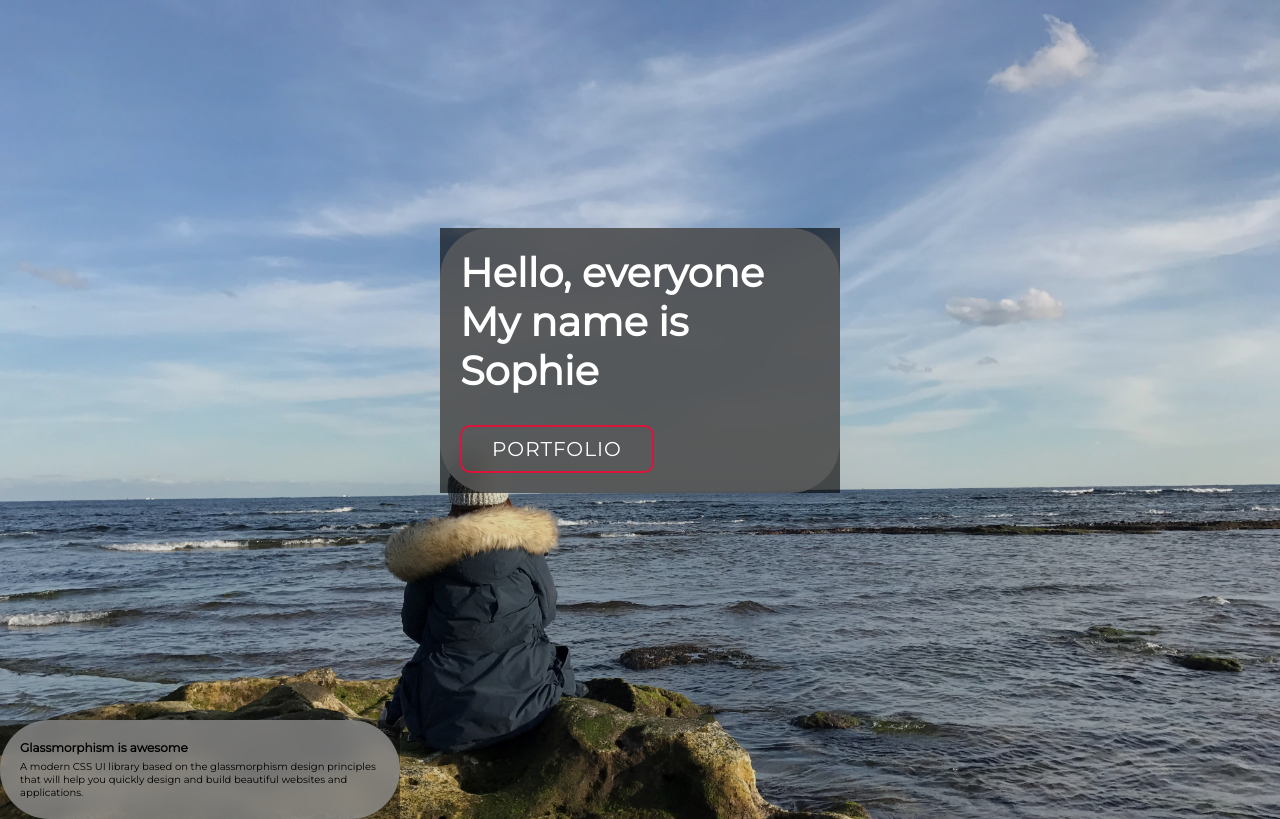
Repository: wenxi0504/StaticWebsite_Profolio
Page: index.html
These files come from the project's save history. The page is drawn as it stood at one moment and after the next save; the edit follows.
The browser window is 1280 px wide. The pictures show the whole page.

Above is the page before, as saved 2022-03-01 23:41:03.

### index.html
<!DOCTYPE html>
<html lang="en">
<head>
    <meta charset="UTF-8">
    <meta http-equiv="X-UA-Compatible" content="IE=edge">
    <meta name="viewport" content="width=device-width, initial-scale=1.0">
    <link rel="stylesheet" href="style.css">
    <title>Portfolio</title>
</head>
<body>

    <!-- Introduction section -->
    <section id="myIntro">
        <div class="myIntro container">
            <div class="card">
                <h1>
                    Hello, everyone <span></span>
                </h1>
                <h1>
                    My name is Sophie <span></span>
                </h1>
                <a href="#" type="button" class="cta">Portfolio</a>
            </div>
        </div>
        <div class="card">
            <h3 class="card-title">Glassmorphism is awesome</h3>
            <p>A modern CSS UI library based on the glassmorphism design principles that will help you quickly design and build beautiful websites and applications.</p>

        </div>

    </section>

</body>
</html>

### style.css
/* import custom font from GoogleFonts */
@import 'https://fonts.googleapis.com/css?family=Montserrat:300, 400, 700&display=swap';
*{
margin: 0px;
padding:0px;
box-sizing: border-box;
}

html{
    font-size: 10px;
    font-family: 'Montserrat', sans-serif;
}

a{
    text-decoration: none;
}

.container{
    min-height: 100vh;
    width: 100%;
    display: flex;
    align-items: center;
    justify-content:center;
}

/* myIntro section */
#myIntro{
background-image: url(./images/ProfolioBackground.jpg);
background-size: cover;
background-position: top center;
position: relative;
z-index:1;
}

/* background blurring */
#myIntro ::after{
    content: '';
    position: absolute;
    left: 0px;
    top:0px;
    height: 100%;
    width: 100%;
    background-color:black;
    opacity: 15%;
    z-index: -1;
}

.card {
    width: 400px;
    height: auto;
    padding: 2rem;
    background: rgba(255, 255, 255, .7);
    -webkit-backdrop-filter: blur(10px);
    backdrop-filter: blur(10px);
    border-radius: 50px;
  }



#myIntro h1{
    display: block;
    width: fit-content;
    font-size: 4rem;
    color: white;

}

#myIntro .cta{
    display: inline-block;
    padding: 10px 30px;
    color:white;
    background-color:transparent;
    border: 2px solid crimson;
    border-radius:10px;
    font-size: 2rem;
    text-transform: uppercase;
    letter-spacing: .1rem;
    margin-top: 30px;
    transition: .3s ease;
    transition-property: background-color;
}

#myIntro .cta:hover{
    background-color:crimson
}


  .card-title {
    margin-top: 0;
    margin-bottom: .5rem;
    font-size: 1.2rem;
  }

  p {
    font-size: 1rem;
  }



/* end myIntro section */

After the next save:
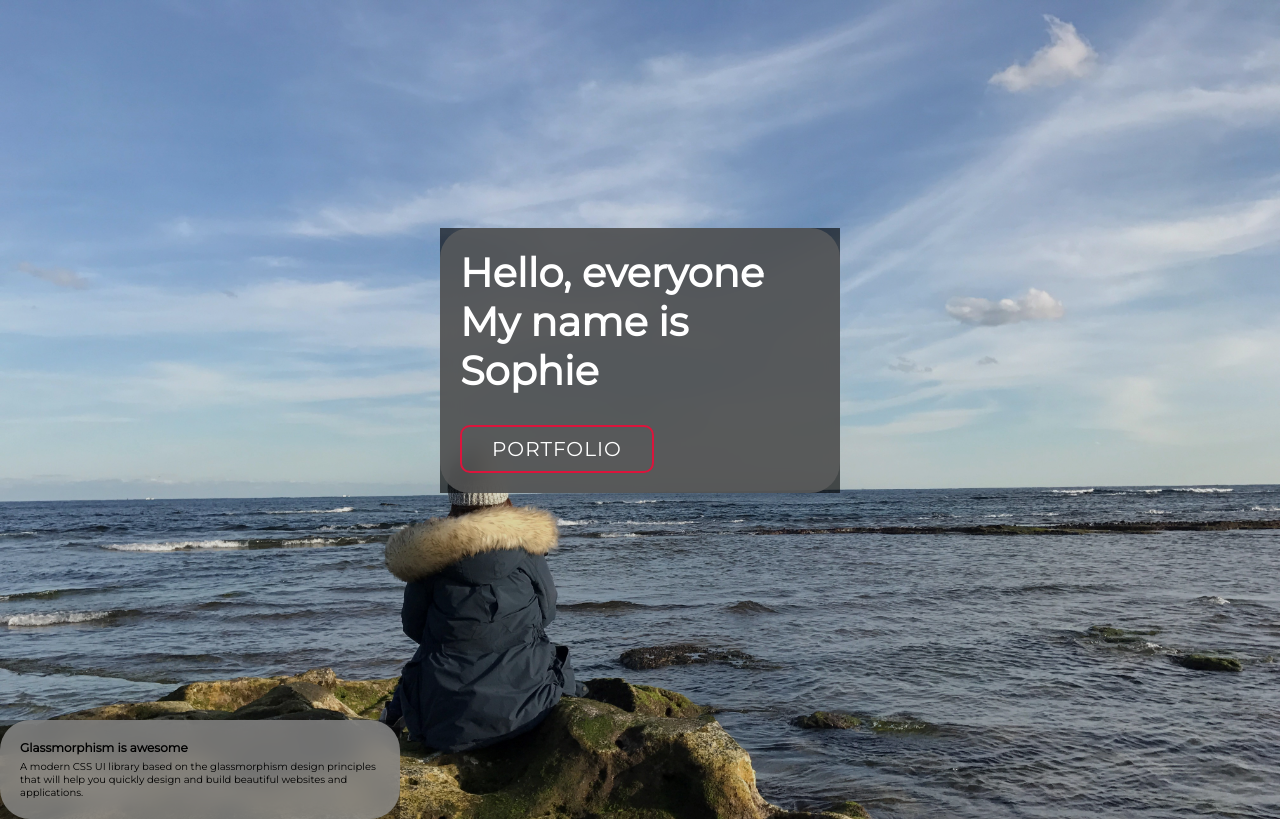
Saved 11 s later.
--- a/style.css
+++ b/style.css
@@ -52,7 +52,7 @@ z-index:1;
     background: rgba(255, 255, 255, .7);
     -webkit-backdrop-filter: blur(10px);
     backdrop-filter: blur(10px);
-    border-radius: 50px;
+    border-radius: 30px;
   }
 
 
